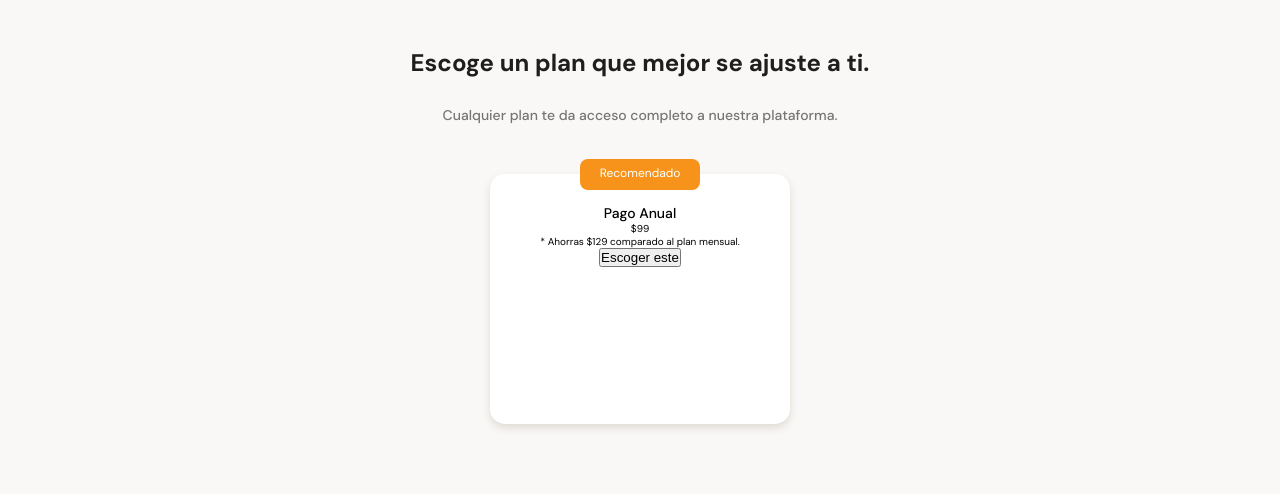
Repository: EnzoSz/Mobile-First
Page: index.html
These files come from the project's save history. The page is drawn as it stood at one moment and after the next save; the edit follows.
The browser window is 1280 px wide. The pictures show the part of the page from y = 2782 to 3276 px (the page is 3276 px tall).

Above is the page before, as saved 2021-02-04 22:46:21.

### index.html
<!DOCTYPE html>
<html lang="en">
<head>
    <meta charset="UTF-8">
    <meta name="viewport" content="width=device-width, initial-scale=1.0">
    <title>Document</title>
    <link rel="preconnect" href="https://fonts.gstatic.com">
    <link href="https://fonts.googleapis.com/css2?family=DM+Sans:wght@400;500;700&family=Inter:wght@300;500&display=swap" rel="stylesheet">
    <link rel="stylesheet" href="./estilos.css">
</head>
<body>
    <header>
        <img src="./assets/img/logo.svg" alt="">
        <div class="header--title-container">
            <h1>La próxima revolución en el intercambio de criptomonedas.</h1>
            <p>Batabit te ayuda a navegar entre los diferentes precios y tendencias.</p>
            <a href="#plans" class="header--button">Conoce Nuestros Planes <span></span></a>
        </div>
    </header>
    <main>
        <section class="main-exchange-container">
            <div class="backgroundImg"></div>
            <div class="main.exchange-container--title">
                <h2>Visibilizamos todas las tasas de cambio.</h2>
                <p>
                    Traemos informacion en  tiempo real de las casas de cambio y las monedas más importante del mundo.

                </p>
            </div>
            <section class="main-tables-container">
                <div class="main-currency-table">
                    <p class="currency-table--title">Monedas</p>
                    <div class="currency-table--container">
                        <table>
                            <tr>
                                <td class="table__top-left">Bitcoin</td>
                                <td class="table__top-right table__right">$1.96 <span class="down"></span></td>
                            </tr>
                            <tr>
                                <td>Ethereum</td>
                                <td class="table__right">$0.07 <span class="up"></span></td>
                            </tr>
                            <tr>
                                <td>Ripple</td>
                                <td class="table__right">$2.15 <span class="down"></span></td>
                            </tr>
                            <tr>
                                <td class="table__bottom-left">Stellar</td>
                                <td class="table__bottom-right table__right">$4.96 <span class="down"></span></td>
                            </tr>
                        </table>
                    </div>
                    <div class="currency-table-date">
                        <p>
                            <b>Actualizado:</b> 19 de Julio 23:45
                        </p>
                    </div>
                </div>
                <div class="main-commissions-table">
                    <p class="commissions-table--title">Comisiones</p>
                    <div class="commissions-table--container">
                        <table>
                            <tr>
                                <td class="table__top-left">Bitrade</td>
                                <td class="table__top-right table__right">$12.96</td>
                            </tr>
                            <tr>
                                <td>Bitpreco</td>
                                <td class="table__right">$13.07</td>
                            </tr>
                            <tr>
                                <td>Novadax</td>
                                <td class="table__right">$13.15</td>
                            </tr>
                            <tr>
                                <td class="table__bottom-left">Coinext</td>
                                <td class="table__bottom-right table__right">$14.96</td>
                            </tr>
                        </table>
                    </div>
                    <div class="commissions-table-date">
                        <p>
                            <b>Actualizado:</b> 19 de Julio 23:48
                        </p>
                    </div>
                </div>
            </section>
        </section>
        <section class="main-product-detail">
            <span class="product-detail--batata-logo"></span>
            <div class="product-detail--title">
                <h2>
                    Creamos un producto sin comparación.
                </h2>
                <p>
                    Confiable y diseñado para su uso diario.
                </p>
            </div>
            <section class="product-cards--container">
                <article class="product-detail--card">
                    <span class="icon-card clock"></span>
                    <p class="product--card-title">Tiempo real</p>
                    <p class="product--card-body">
                        Nuestra API toma información minuto a minuto sobre las tasas que más determinan el comportamiento.
                    </p>
                </article>
                <article class="product-detail--card">
                    <span class="icon-card eye "></span>
                    <p class="product--card-title">No hay tasas escondidas</p>
                    <p class="product--card-body">
                        Ni en la compra o al momento de exit. Batabit siempre te muestra el costo real de lo que estas adquiriendo.
                    </p>
                </article>
                <article class="product-detail--card">
                    <span class="icon-card dollar "></span>
                    <p class="product--card-title">Compara monedas</p>
                    <p class="product--card-body">
                        No mas rumores, con Batabit sabrás el valor real de cada moneda en el mercado actual.
                    </p>
                </article>
                <article class="product-detail--card">
                    <span class="icon-card check "></span>
                    <p class="product--card-title">información confiable</p>
                    <p class="product--card-body">
                        Nuestras fuentes estan 100% verificadas y continuamos auditando su contenido mientras se actualizan.
                    </p>
                </article>
            </section>

        </section>
        <section class="bitcoin-img-container">
            <h2>Conócelo hoy.</h2>
        </section>
        <section id="plans" class="main-plans-container">
            <div class="plans--title">
                <h2>Escoge un plan que mejor se ajuste a ti.</h2>
                <p>Cualquier plan te da acceso completo a nuestra plataforma.</p>
            </div>
            <section class="plans-container--slider">
                <article class="plan-container--card">
                    <p class="recomendado">Recomendado</p>
                    <div class="plan-info-container">
                        <h3 class="plan-card--title">Pago Anual</h3>
                        <p class="plan-card--price"><span>$</span>99</p>
                        <p class="plan-card--saving">* Ahorras $129 comparado al plan mensual.</p>
                        <button class="plan-card--ca">Escoger este <span></span></button>
                    </div>
                </article>
                <article></article>
                <article></article>
            </section>
        </section>
    </main>
    <footer></footer>
</body>
</html>

### estilos.css
/*
1. Posicionamiento
2. Modelo de caja (Box model)
3. Tipografía
4. Visuales
5. Otros
*/
:root {
    /*Colores */
    --bitcoin-orange: #F7931A;
    --soft-orange: #FFE9D5;
    --secondary-blue: #1A9AF7;
    --soft-blue: #E7F5FF;
    --warm-black: #201E1C;
    --warm-black1: #282623;
    --grey: #BABABA;
    --off-white: #FAF8F7;
    --just-white: #FFFFFF;
}
* {
    box-sizing: border-box;
    margin: 0;
    padding: 0;
}
html {
    font-size: 62.5%;
    font-family: 'DM Sans', sans-serif;
}
header {
    position: relative;
    display: flex;
    flex-direction: column;
    justify-content: center;
    width: 100%;
    min-width: 32rem;
    height: 33.4rem;
    text-align: center;
    background: linear-gradient(207.8deg, #201E1C 16.69%, #F7931A 100%);;
}
header img {
    width: 15rem;
    height: 2.4rem;
    margin-top: 6.0rem;
    align-self:center;
}
.header--title-container {
    width: 90%;
    min-width: 28.8rem;
    max-width: 90rem;
    height: 21.8rem;
    margin-top: 4rem;
    text-align: center;
    align-self:center;

}
.header--title-container h1 {
    font-size: 2.4rem;
    font-weight: bold;
    line-height: 2.6rem;
    color: var(--just-white);
}
.header--title-container p {
    margin-top: 25px;
    font-size: 1.4rem;
    font-weight: 500;
    line-height: 1.8rem;
    color: var(--soft-orange);
}
.header--title-container .header--button {
    position: absolute;
    left: calc(50% - 118px);
    top: 270px;
    display: block;
    margin-top: 35px;
    padding: 15px;
    width: 229px;
    height: 48px;
    background-color: var(--off-white);
    /*Sombra*/
    box-shadow: 0px 4px 8px rgba(89, 73, 30, 0.16);
    border: none;
    border-radius: 5px;
    font-size: 1.4rem;
    font-weight: bold;
    text-decoration: none;
    color: var(--warm-black1);
}
.header--button span {
    display: inline-block;
    width: 13px;
    height: 8px;
    margin-left: 10px;
    background-image: url('./assets/icons/arrow-down.svg');
}
main {
    width: 100%;
    height: auto;
    background-color: var(--off-white);
}
.main-exchange-container {
    width: 100%;
    height: auto;
    padding-top: 80px;
    padding-bottom: 30px;
    text-align: center;
}
.main-exchange-container--title {
    width: 90%;
    min-width: 288px;
    max-width: 900px;
    margin: 0 auto;
}
.main-exchange-container .backgroundImg {
    width: 200px;
    height: 200px;
    margin: 0 auto;
    margin-bottom: 50px;
    background-image:url('./assets/img/bitcoin.svg');
    background-size: cover;
    background-position: center;
    background-repeat: no-repeat;
}
.main-exchange-container h2 {
    margin-bottom: 30px;
    font-size: 2.4rem;
    font-weight: bold;
    line-height: 2.6rem;
    color: var(--warm-black1);
}
.main-exchange-container p {
    margin-bottom: 30px;
    font-size: 1.4rem;
    font-weight: 500;
    line-height: 1.6rem;
    color: #757575;
}
.main-currency-table, .main-commissions-table {
    width: 70%;
    min-width: 235px;
    max-width: 500px;
    height: 360px;
    margin: 0 auto;
    font-family: "Inter", sans-serif;
}
.main-currency-table .currency-table--title {
    margin-bottom: 15px;
    font-size: 1.8rem;
    font-weight: bold;
    line-height: 2.3rem;
    color: var(--bitcoin-orange);
}
.currency-table--container, .commissions-table--container {
    width: 90%;
    min-width: 230px;
    max-width: 300px;
    height: 250px;
    margin: 0 auto;
}
.currency-table--container table, .commissions-table--container table {
    width: 100%;
    height: 100%;
}
.currency-table--container td, .commissions-table--container td {
    width: 50%;
    font-size: 1.6rem;
    font-weight: 500;
    line-height: 1.9rem;
    color: var(--grey);
    background-color: var(--just-white);
}
.currency-table--container .table__top-left, .commissions-table--container .table__top-left {
    border-radius: 15px 0 0 0;
}
.currency-table--container .table__top-right, .commissions-table--container .table__top-right {
    border-radius: 0 15px 0 0;
}
.currency-table--container .table__bottom-left, .commissions-table--container .table__bottom-left {
    border-radius: 0 0 0 15px;
}
.currency-table--container .table__bottom-right, .commissions-table--container .table__bottom-right {
    border-radius: 0 0 15px 0;
}
.currency-table--container .table__right, .commissions-table--container .table__right {
    font-size: 1.4rem;
    font-weight: normal;
    line-height: 1.7rem;
    color: #757575;
}
.currency-table--container .down {
    display: inline-block;
    width: 15px;
    height: 15px;
    margin-left: 10px;
    background-image: url('./assets/icons/trending-down.svg');
    background-size: cover;
    background-position: center;
    background-repeat: no-repeat;
}
.currency-table--container .up {
    display: inline-block;
    width: 15px;
    height: 15px;
    margin-left: 10px;
    background-image:url('./assets/icons/trending-up.svg');
    background-position: center;
    background-repeat:no-repeat;
}
.currency-table-date {
    width: 190px;
    height: 30px;
    margin: 0 auto;
    margin-top: 15px;
    padding: 8px;
    background-color: var(--soft-orange);
    border-radius: 8px;
}
.currency-table-date p {
    font-size: 1.2rem;
    line-height: 1.5rem;
    color: var(--warm-black);
}
.main-commissions-table .commissions-table--title {
    margin-bottom: 15px;
    font-size: 1.8rem;
    font-weight: bold;
    line-height: 2.3rem;
    color: var(--secondary-blue);
}
.commissions-table-date {
    width: 190px;
    height: 30px;
    margin: 0 auto;
    margin-top: 15px;
    padding: 8px;
    background-color: var(--soft-blue);
    border-radius: 8px;
}
.commissions-table-date p {
    font-size: 1.2rem;
    line-height: 1.5rem;
    color: var(--warm-black);
}
.main-product-detail {
    position: relative;
    width: 100%;
    min-width: 320px;
    height: auto;
    padding: 20px 10px;
    background-color: var(--warm-black);
}
.product-detail--batata-logo {
    position: absolute;
    width: 40px;
    height: 25px;
    top: -10px;
    left: calc(50% - 20px);
    background-image: url('./assets/icons/batata.svg');
}
.product-detail--title {
    width: 90%;
    min-width: 288px;
    height: auto;
    margin: 0 auto;
    margin-top: 50px;
    text-align: center;
}
.product-detail--title h2 {
    margin-bottom: 20px;
    font-size: 2.4rem;
    font-weight: bold;
    line-height: 2.6rem;
    color: var(--just-white);
}
.product-detail--title p {
    margin-bottom: 20px;
    font-size: 1.4rem;
    font-weight: 500;
    line-height: 1.8rem;
    color: #808080;
}
.product-detail--card {
    width: 90%;
    min-width: 288px;
    max-width: 400px;
    min-height: 150px;
    margin: 15px auto;
    padding: 15px;
    background-color:var(--warm-black1);
    border-radius: 5px;
    box-shadow: 0 4px 8px rgba(0, 0, 0, 0.16);
}
.product-detail--card .icon-card {
    display: inline-block;
    width: 20px;
    height: 20px;
    margin-bottom: 10px;
    background-size: cover;
    background-position: center;
    background-repeat: no-repeat;
}
.clock {
    background-image: url('./assets/icons/clock.svg');
}
.product--card-title {
    margin-bottom: 15px;
    font-size: 1.8rem;
    font-weight: bold;
    line-height: 1.8rem;
    color: var(--just-white);
}
.product--card-body {
    font-size: 1.4rem;
    font-weight: 500;
    line-height: 1.8rem;
    color: #808080;
}
.eye {
    background-image: url('./assets/icons/eye.svg');
}
.dollar {
    background-image: url('./assets/icons/dollar-sign.svg');
}
.check {
    background-image: url('./assets/icons/check-circle.svg');
}
.bitcoin-img-container {
    width: 100%;
    min-width: 320px;
    height: 60vh;
    background-image: url('./assets/img/bitcoinbaby1.jpg');
    background-position: center;
    background-size: cover;
    background-repeat: no-repeat;
    text-align: center;
}
.bitcoin-img-container h2 {
    padding-top: 30px;
    font-size: 2.4rem;
    font-weight: bold;
    line-height: 2.6rem;
    color: var(--just-white);
}
.main-plans-container {
    width: 100%;
    min-width: 320px;
    padding-bottom: 70px;
    text-align: center;

}
.plans--title {
    width: 90%;
    min-width: 288px;
    height: auto;
    margin: 0 auto;
    margin-bottom: 50px;
}
.plans--title h2 {
    padding-top: 50px;
    font-size: 2.4rem;
    font-weight: bold;
    line-height: 2.6rem;
    color: var(--warm-black);
}
.plans--title p {
    padding-top: 30px;
    font-size: 1.4rem;
    font-weight: 500;
    line-height: 1.8rem;
    color: #757575;
}
.plan-container--card {
    position: relative;
    width: 70%;
    min-width: 230px;
    max-width: 300px;
    height: 250px;
    margin: 50px auto 0;
    padding: 0 15px;
    background-color: var(--just-white);
    border-radius: 15px;
    box-shadow: 0 4px 8px rgba(89, 73,30, 0.16);
}
.recomendado {
    position: absolute;
    width: 120px;
    height: 31px;
    top: -15px;
    left: calc(50% - 60px);
    font-size: 1.2rem;
    background-color: var(--bitcoin-orange);
    border-radius: 8px;
    color: var(--just-white);
    padding: 6px;
}
.plan-card--title {
    padding-top: 30px;
    font-size: 1.4rem;
    font-weight: 500;
    line-height: 1.8rem;
    color: black;

}

After the next save:
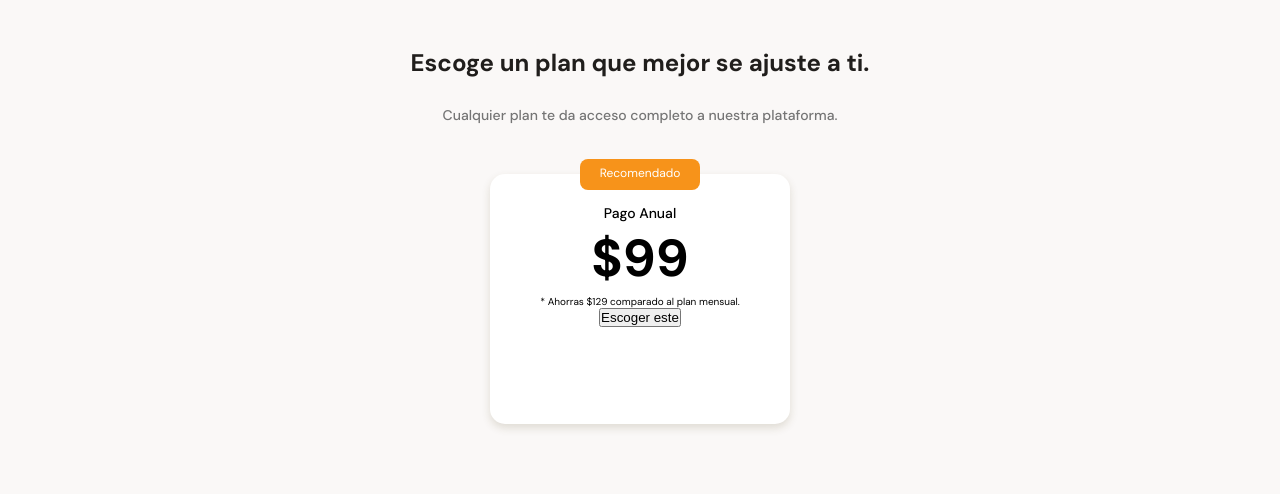
Saved 2 min 56 s later.
--- a/estilos.css
+++ b/estilos.css
@@ -400,3 +400,10 @@
     color: black;
 
 }
+.plan-card--price {
+    padding: 5px 0;
+    font-size: 5.2rem;
+    font-weight: bold;
+    line-height: 6.3rem;
+    color: black;
+}
